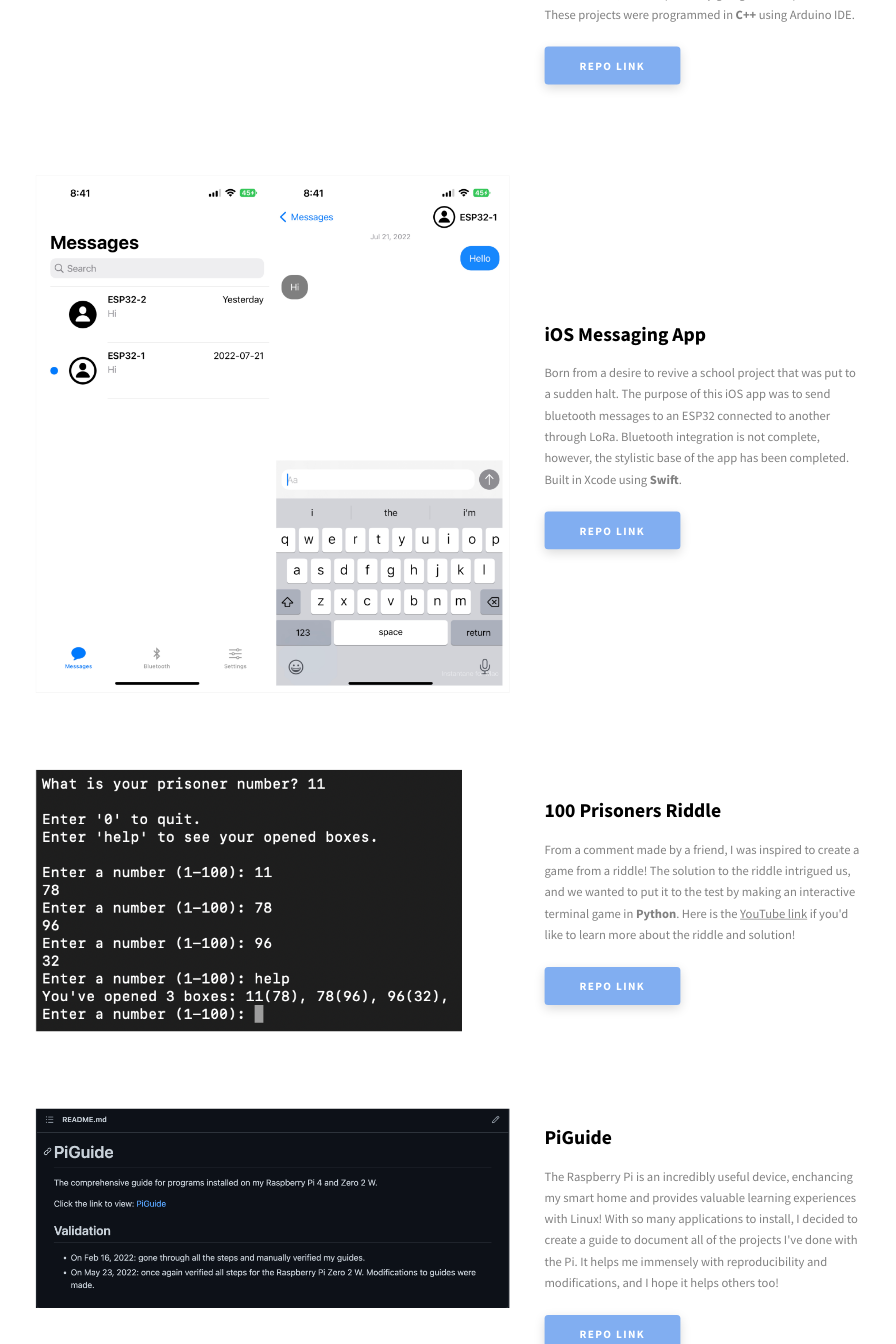
Repository: justinknguyen/Personal-Portfolio
Page: index.html
These files come from the project's save history. The page is drawn as it stood at one moment and after the next save; the edit follows.
The browser window is 1280 px wide. The pictures show the part of the page from y = 2552 to 4472 px (the page is 6330 px tall before and 6182 px after), at 70% of full size.
The style sheet was rebuilt from its Sass, Less or Tailwind sources for each picture, by a compiler version that may differ from the author's.

Above is the page before, as saved 2022-09-09 21:08:53.

After the next save:
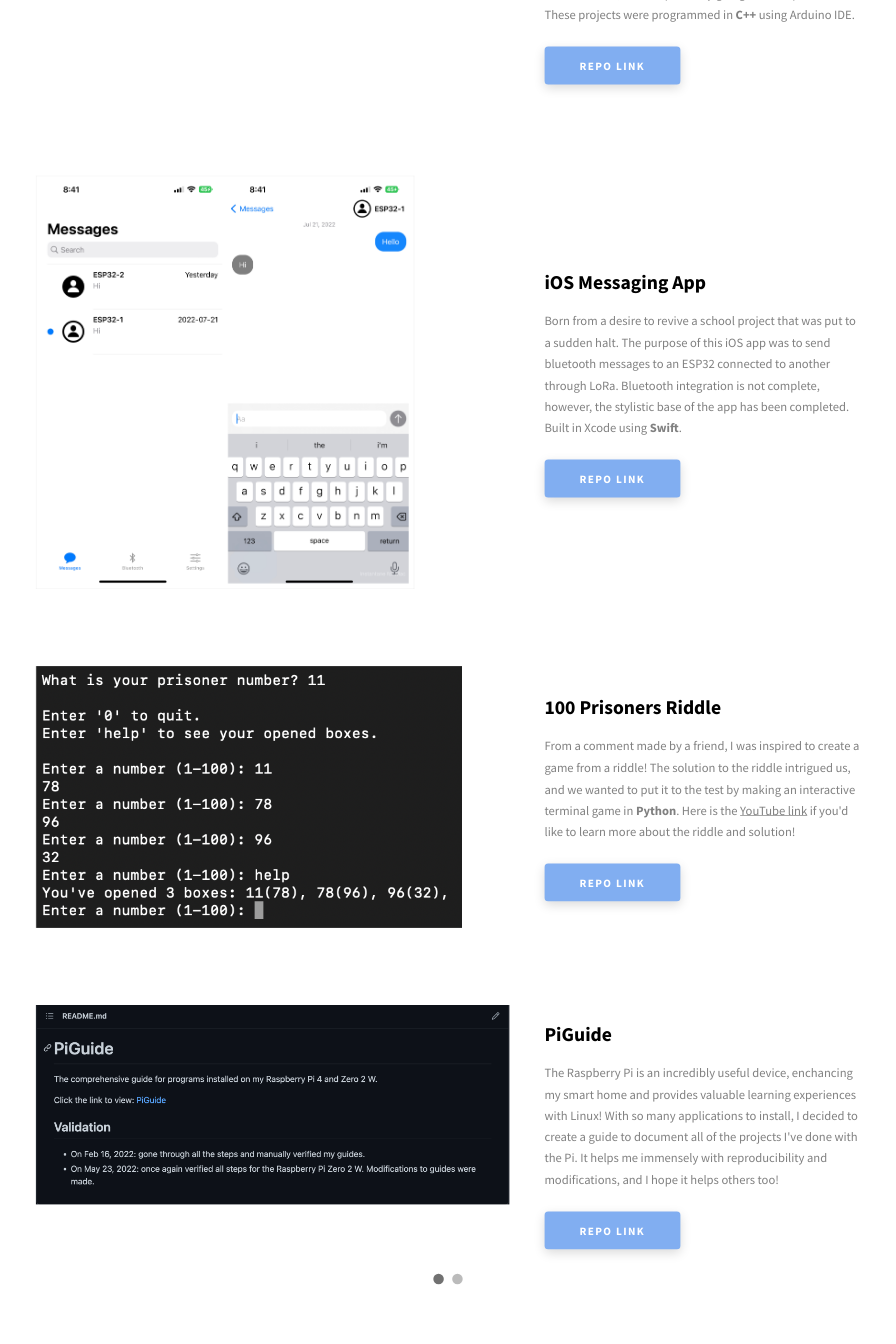
Saved 8 s later.
--- a/index.html
+++ b/index.html
@@ -264,7 +264,7 @@
                     alt="Software Screenshot"
                     class="projects__row-img"
                     loading="lazy"
-                    style="width: 100%; position: relative;"
+                    style="width: 80%; position: relative;"
                   />
                 </div>
                 <div class="projects__row-content">
